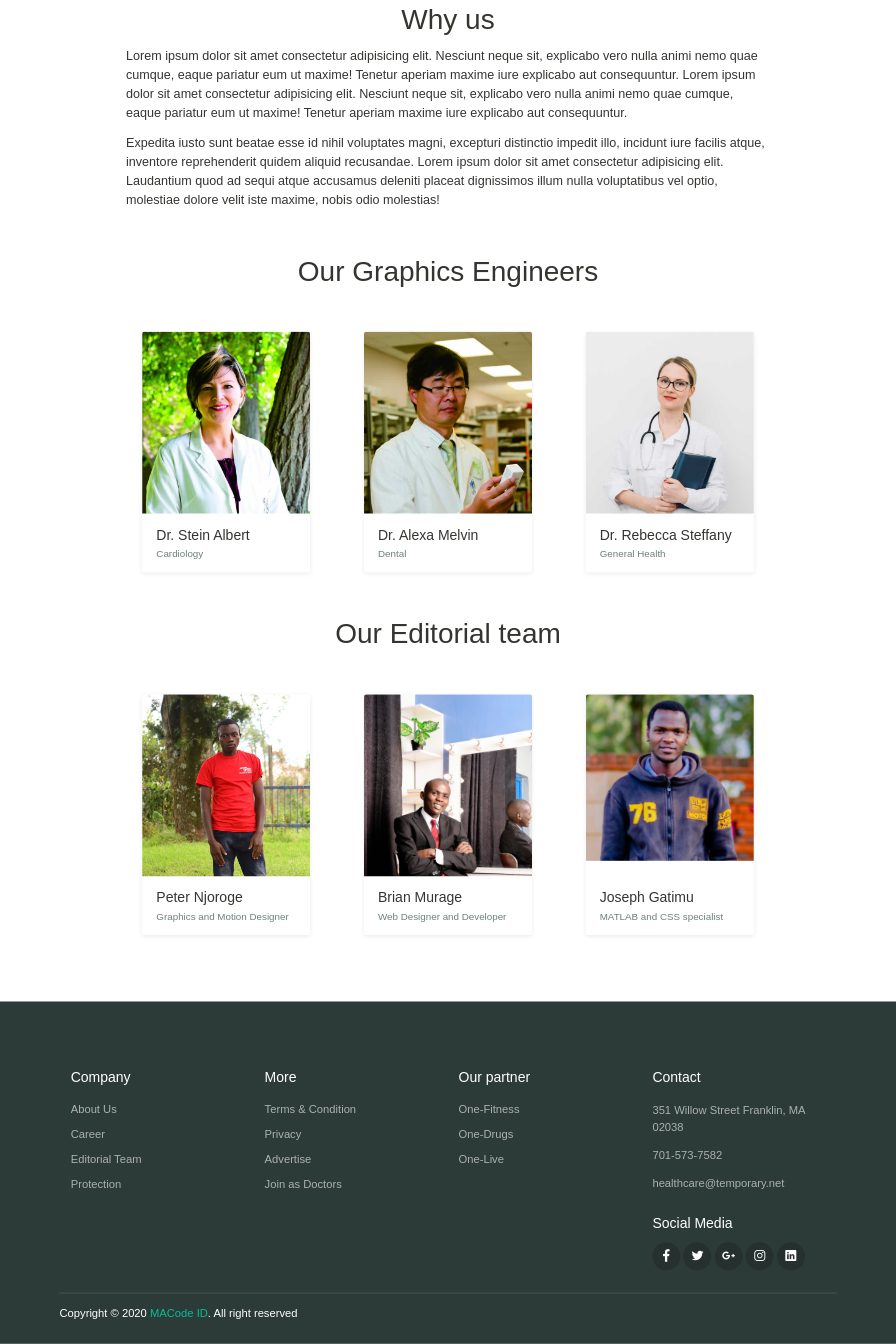
Repository: profbkmurage/myWeb
Page: html/about.html
These files come from the project's save history. The page is drawn as it stood at one moment and after the next save; the edit follows.
The browser window is 1280 px wide. The pictures show the part of the page from y = 1504 to 3424 px (the page is 3424 px tall before and 2906 px after), at 70% of full size.

Above is the page before, as saved 2023-12-11 13:58:21.

After the next save:
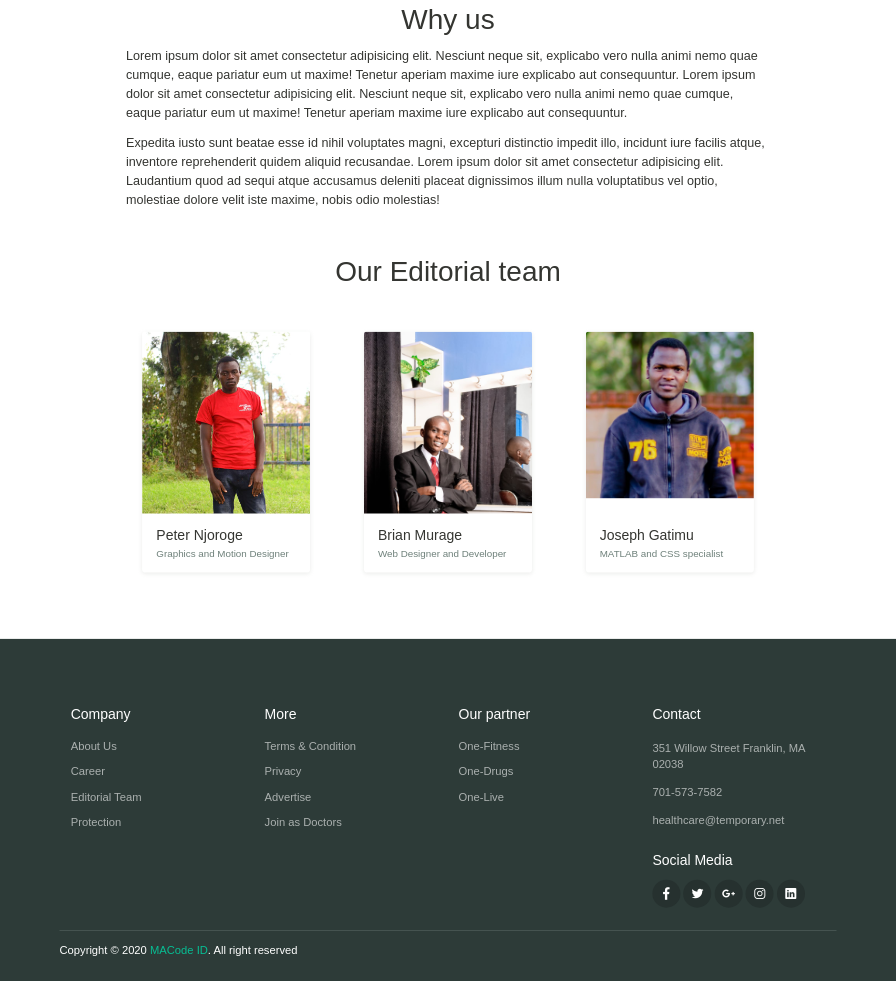
Saved 2 min 12 s later.
--- a/html/about.html
+++ b/html/about.html
@@ -165,7 +165,7 @@
             <p>Expedita iusto sunt beatae esse id nihil voluptates magni, excepturi distinctio impedit illo, incidunt iure facilis atque, inventore reprehenderit quidem aliquid recusandae. Lorem ipsum dolor sit amet consectetur adipisicing elit. Laudantium quod ad sequi atque accusamus deleniti placeat dignissimos illum nulla voluptatibus vel optio, molestiae dolore velit iste maxime, nobis odio molestias!</p>
           </div>
         </div>
-        <div class="col-lg-10 mt-5">
+        <!-- <div class="col-lg-10 mt-5">
           <h1 class="text-center mb-5 wow fadeInUp">Our Graphics Engineers</h1>
           <div class="row justify-content-center">
             <div class="col-md-6 col-lg-4 wow zoomIn">
@@ -213,9 +213,8 @@
                 </div>
               </div>
             </div>
-
-          </div>
-        </div>
+          </div>
+        </div> -->
         <div class="col-lg-10 mt-5">
           <h1 class="text-center mb-5 wow fadeInUp">Our Editorial team</h1>
           <div class="row justify-content-center">
